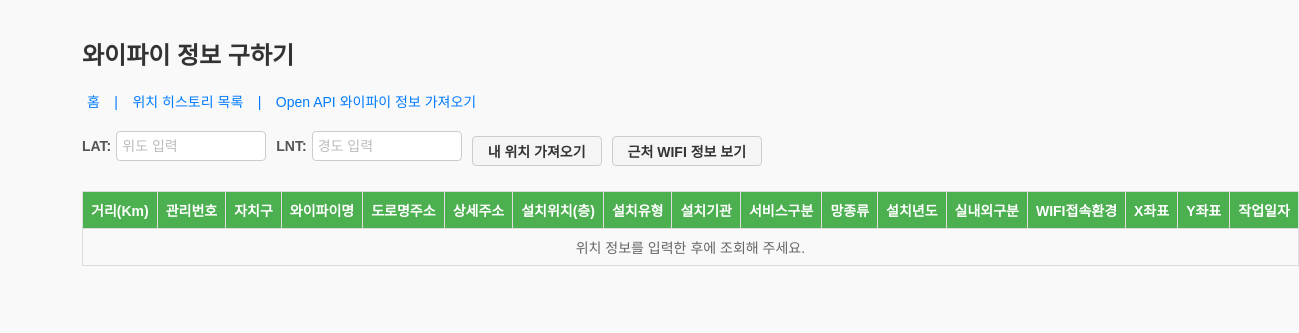
Repository: sangpyolee0/zerobase_task
Page: http://localhost/WifiProject/
The author's editor kept a copy of each file at every save. The page is drawn from the files as they stood at one save, then again after the next save.
The browser window is 1280 px wide. The page is 1299 px wide, then 1280 px, so the pictures cover 1299 px, including what lies to the right of the window. The pictures show the whole page.
The page is served by Tomcat 9.

Above is the page before, as saved 2024-12-08 16:49:48.

After the next save:
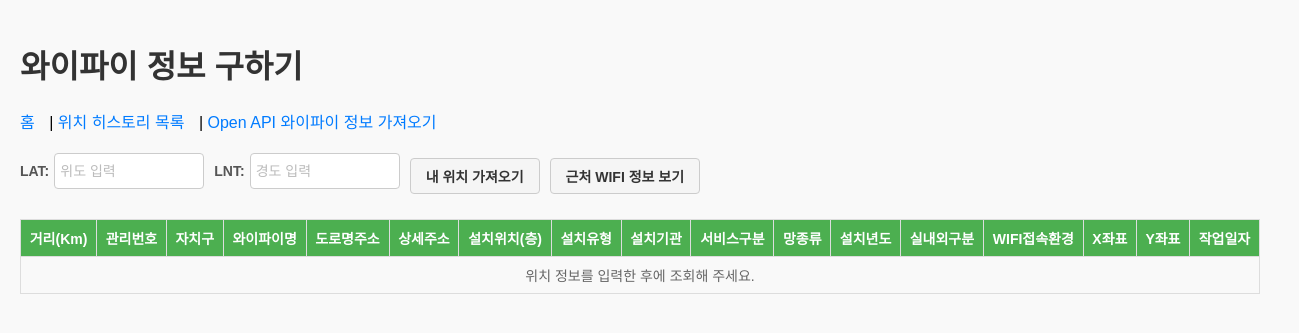
Saved 3 min 16 s later.
--- a/WifiProject/src/main/webapp/css/index.css
+++ b/WifiProject/src/main/webapp/css/index.css
@@ -1,43 +1,9 @@
-/* index.css: 네비게이션 구분자 및 입력 필드 간격 조정 */
-body {
-    font-family: Arial, sans-serif;
-    margin: 0;
-    padding: 20px;
-    background-color: #f9f9f9;
-}
-
-.container {
-    width: 90%;
-    max-width: 1200px;
-    margin: 0 auto;
-}
-
-h1 {
-    font-size: 24px;
-    color: #333;
-    margin-bottom: 20px;
-}
-
-nav {
-    margin-bottom: 20px;
-}
-
-nav a, nav span {
-    text-decoration: none;
-    color: #007BFF; /* 하이퍼링크 색상과 동일 */
-    margin: 0 5px;
-    font-size: 14px;
-}
-
-nav span:hover {
-    text-decoration: underline; /* 구분자에 호버 시 밑줄 */
-}
-
+/* index.css: 입력 필드와 버튼 높이 및 정렬 수정 */
 form {
     margin-bottom: 20px;
     display: flex;
-    align-items: center; /* 입력 필드와 버튼 높이 정렬 */
-    gap: 10px; /* 입력 필드와 버튼 간 간격 */
+    align-items: center; /* 모든 요소를 세로 중심 정렬 */
+    gap: 10px; /* 입력 필드와 버튼 간의 간격 */
 }
 
 form label {
@@ -45,8 +11,8 @@ form label {
     color: #555;
     font-weight: bold;
     display: flex;
-    align-items: center; /* 텍스트와 입력 필드 정렬 */
-    gap: 5px; /* label 텍스트와 입력 필드 간격 */
+    align-items: center; /* 라벨과 입력 필드를 세로로 정렬 */
+    gap: 5px; /* 라벨 텍스트와 입력 필드 간격 */
 }
 
 form input {
@@ -55,7 +21,7 @@ form input {
     border: 1px solid #ccc;
     border-radius: 4px;
     width: 150px;
-    height: 30px; /* 버튼과 동일한 높이 */
+    height: 36px; /* 버튼과 동일한 높이 */
     box-sizing: border-box; /* 패딩 포함 */
 }
 
@@ -71,7 +37,7 @@ form button {
     font-size: 14px;
     border-radius: 4px;
     cursor: pointer;
-    height: 30px; /* 입력 필드와 동일한 높이 */
+    height: 36px; /* 입력 필드와 동일한 높이 */
     display: flex;
     align-items: center;
     justify-content: center;
@@ -82,7 +48,6 @@ form button:hover {
     background-color: #e0e0e0; /* 버튼 호버 시 약간 어두운 회색 */
 }
 
-
 form button:last-of-type {
     background-color: #f5f5f5; /* 회색 배경 */
     color: #333;
@@ -92,6 +57,7 @@ form button:last-of-type {
 form button:last-of-type:hover {
     background-color: #e0e0e0;
 }
+
 
 
 table {
